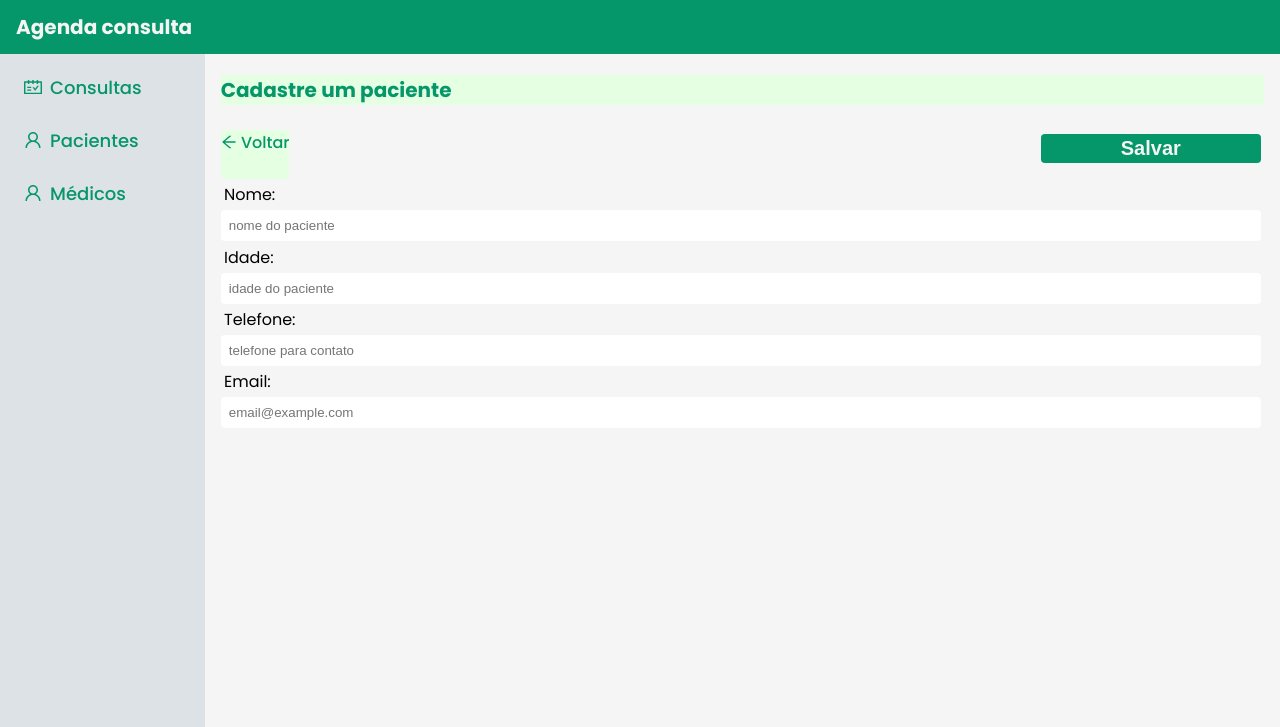
Repository: BarbaraCD/agendaconsulta
Page: /patients/new
The author's editor kept a copy of each file at every save. The page is drawn from the files as they stood at one save, then again after the next save.
The browser window is 1280 px wide. The pictures show the whole page.
The project was rebuilt for these pictures with package versions that can differ from the ones it lists, and the page was loaded fresh each time. Also part of the build but not shown: vite.config.ts, src/services/doctor.services.ts, src/components/Calendar.tsx, src/styles/CreateContainer.ts, src/components/DoctorTable.tsx, src/components/PatientTable.tsx, src/components/InputDoctors.tsx, src/components/Appointments.tsx.

Above is the page before, as saved 2023-08-29 16:02:27.

### index.html
<!DOCTYPE html>
<html lang="en">
  <head>
    <meta charset="UTF-8" />
    <link rel="icon" type="image/svg+xml" href="/vite.svg" />
    <meta name="viewport" content="width=device-width, initial-scale=1.0" />

    <link rel="preconnect" href="https://fonts.googleapis.com">
    <link rel="preconnect" href="https://fonts.gstatic.com" crossorigin>
    <link href="https://fonts.googleapis.com/css2?family=Poppins:wght@400;500;700&display=swap" rel="stylesheet">

    <title>Agendamento de Consulta</title>
  </head>
  <body>
    <div id="root"></div>
    <script type="module" src="/src/main.tsx"></script>
  </body>
</html>

### src/main.tsx
/* eslint-disable @typescript-eslint/no-non-null-assertion */
import React from 'react'
import ReactDOM from 'react-dom/client'
import { ThemeProvider } from 'styled-components'
import GlobalStyle, { Container, Content } from './styles/global'
import { theme } from './styles/Theme.ts'
import App from './App.tsx'
import { Routes } from './routes/index.tsx'
import { Header } from './components/Header.tsx'
import { BrowserRouter } from 'react-router-dom'

ReactDOM.createRoot(document.getElementById('root')!).render(
  <React.StrictMode>
    <ThemeProvider theme={theme}>
      <GlobalStyle />
      <BrowserRouter>
        <Header />
        <Container>
          <App />
          <Content>
            <Routes />
          </Content>
        </Container>
      </BrowserRouter>
    </ThemeProvider>
  </React.StrictMode>,
)

### src/styles/global.ts
import styled, { createGlobalStyle } from 'styled-components'

export default createGlobalStyle`
  *{
    margin: 0;
    padding: 0;
    box-sizing: border-box;

  }
  body{
    height: 100%;
    width: 100%;
    font-family: 'Poppins', sans-serif;
    background: ${(props) => props.theme.colors.white};
    font-size: ${(props) => props.theme.size.xl};
  }
`

export const Container = styled.div`
  display: flex;
`

export const SidebarGlobal = styled.div`
  width: 16%;
`

export const Content = styled.div`
  flex: 1;
  margin: 0 1rem;
`

### src/styles/Theme.ts
export const theme = {
  colors: {
    primary: '#059669',
    head: '#059669B3',
    100: '#E4FFE1',

    sbcolor: '#DCE2E6',
    gray: '#41414D',
    black: '#000',
    white: '#f5f5f5',
  },
  size: {
    sm: '14px',
    md: '16px',
    lg: '18px',
    xl: '20px',
    xxl: '24px',
  },
}

### src/App.tsx
import { SidebarGlobal } from './styles/global'
import { Sidebar } from './components/Sidebar'

export default function App() {
  return (
    <SidebarGlobal>
      <Sidebar />
    </SidebarGlobal>
  )
}

### src/routes/index.tsx
import { AppRoutes } from './app.routes'

export function Routes() {
  return (
    <>
      <AppRoutes />
    </>
  )
}

### src/components/Header.tsx
import { Link } from 'react-router-dom'
import { styled } from 'styled-components'

const ContainerHeader = styled.div`
  padding: 12px 16px;
  width: 100%;
  min-width: 200px;
  font-weight: 700;
  overflow: visible;
  background-color: ${(props) => props.theme.colors.primary};
`

const StyleLink = styled(Link)`
  text-decoration: none;
  word-break: normal;
  display: block;
  align-items: center;
  justify-content: center;
  color: ${(props) => props.theme.colors.white};
`

export function Header() {
  return (
    <ContainerHeader>
      <StyleLink to="/">Agenda consulta</StyleLink>
    </ContainerHeader>
  )
}

### src/components/Sidebar.tsx
import { ScheduleOutlined, UserOutlined } from '@ant-design/icons'
import { StyledSidebar, StyledList } from '../styles/SidebarStyled'
import { Link } from 'react-router-dom'

export function Sidebar() {
  return (
    <StyledSidebar>
      <StyledList>
        <li>
          <ScheduleOutlined style={{ color: '#059669' }} />
          <Link to="/appointments/calendar">Consultas</Link>
        </li>
        <li>
          <UserOutlined style={{ color: '#059669' }} />
          <Link to="/patients/list">Pacientes</Link>
        </li>
        <li>
          <UserOutlined style={{ color: '#059669' }} />
          <Link to="/doctors/list">Médicos</Link>
        </li>
      </StyledList>
    </StyledSidebar>
  )
}

### src/routes/app.routes.tsx
import { Routes, Route } from 'react-router-dom'

import { App } from 'antd'
import { AppointmentsCalendar } from '../components/Calendar'
import { InputPatients } from '../components/InputPatient'
import { DoctorTable } from '../components/DoctorTable'
import { PatientTable } from '../components/PatientTable'
import { InputDoctors } from '../components/InputDoctors'
import { CreateAppointments } from '../components/Appointments'

export function AppRoutes() {
  return (
    <Routes>
      <Route path="/" element={<App />} />

      <Route path="/patients/new" element={<InputPatients />} />
      <Route path="/patients/:id/edit" element={<InputPatients />} />
      <Route path="/patients/list" element={<PatientTable />} />

      <Route path="/doctors/new" element={<InputDoctors />} />
      <Route path="/doctors/:id/edit" element={<InputDoctors />} />
      <Route path="/doctors/list" element={<DoctorTable />} />

      <Route path="/appointments/new" element={<CreateAppointments />} />
      <Route path="/appointments/:id/edit" element={<CreateAppointments />} />
      <Route path="/appointments/calendar" element={<AppointmentsCalendar />} />
    </Routes>
  )
}

### src/styles/SidebarStyled.ts
import styled from 'styled-components'

export const StyledSidebar = styled.div`
  display: flex;
  flex-direction: column;
  background-color: ${(props) => props.theme.colors.sbcolor};
  color: ${(props) => props.theme.colors.black};
  font-size: ${(props) => props.theme.size.lg};
  font-weight: 500;
  justify-content: flex-start;
  align-items: flex-start;
  overflow: auto;
  height: 93.5vh;
  min-height: 100%;
`

export const StyledList = styled.ul`
  list-style: none;
  padding: 0.5rem;

  li {
    cursor: pointer;
    padding: 1rem;
    line-height: 1.3rem;
  }

  a {
    text-decoration: none;
    color: ${(props) => props.theme.colors.primary};
    margin: 0.5rem;
    word-break: break-all;
  }
`

### src/components/InputPatient.tsx
/* eslint-disable react-hooks/exhaustive-deps */
import { z } from 'zod'
import { useForm } from 'react-hook-form'
import { zodResolver } from '@hookform/resolvers/zod'

import { useEffect, useState } from 'react'
import {
  FlexDiv,
  InputContainer,
  MessageError,
  MessageSaved,
  StyledInput,
  StyledValidation,
  SubmitButton,
} from '../styles/InputContainer'
import {
  createPatient,
  updatePatient,
  getPatientById,
} from '../services/patient.services'
import { StyledLink } from '../styles/Appointments'
import { useParams, useNavigate } from 'react-router-dom'
import { ArrowLeftOutlined } from '@ant-design/icons'

const patientSchema = z.object({
  name: z
    .string()
    .nonempty('O nome é obrigatório')
    .transform((name) => {
      return name
        .trim()
        .split(' ')
        .map((word) => {
          return word[0].toLocaleUpperCase().concat(word.substring(1))
        })
        .join(' ')
    }),
  age: z.coerce.number().min(12, 'Idade obrigatória').max(120),
  telephone: z
    .string()
    .min(11, 'Telefone é obrigatório')
    .max(11, 'Telefone deve conter 11 digitos'),
  email: z
    .string()
    .nonempty('O email é obrigatório')
    .email('Formato de email inválido')
    .toLowerCase(),
})

export type PatientSchemaType = z.infer<typeof patientSchema>

export function InputPatients() {
  const {
    reset,
    register,
    handleSubmit,
    formState: { errors, isSubmitting },
  } = useForm<PatientSchemaType>({
    resolver: zodResolver(patientSchema),
    defaultValues: {
      name: '',
      age: null || undefined,
      telephone: null || undefined,
      email: '',
    },
  })

  const navigate = useNavigate()
  const { id } = useParams()
  const [successMessage, setSuccessMessage] = useState<string | null>(null)
  const [errorMessage, setErrorMessage] = useState<string | null>(null)

  useEffect(() => {
    fetchPatients()
  }, [])

  async function fetchPatients() {
    if (!id) return
    try {
      const response = await getPatientById(Number(id))
      reset(response as unknown as PatientSchemaType)
    } catch (error) {
      console.error('Error fetching Patients:', error)
    }
  }

  async function createNewPatient(data: PatientSchemaType) {
    try {
      if (id) {
        await updatePatient(Number(id), data)
        navigate(-1)
      } else {
        await createPatient(data)
      }
      setSuccessMessage('Paciente salvo com sucesso!')
      setTimeout(() => {
        setSuccessMessage(null)
      }, 2000)
      reset()
    } catch (error) {
      setErrorMessage('Erro ao cadastrar/atualizar paciente.')
    }
  }

  return (
    <InputContainer>
      {successMessage && <MessageSaved>{successMessage}</MessageSaved>}
      {errorMessage && <MessageError>{errorMessage}</MessageError>}
      <h3>Cadastre um paciente</h3>
      <FlexDiv>
        <StyledLink to="/patients/list">
          <ArrowLeftOutlined /> Voltar
        </StyledLink>
        <SubmitButton type="submit" disabled={isSubmitting}>
          <p>Salvar</p>
        </SubmitButton>
      </FlexDiv>

      <form onSubmit={handleSubmit(createNewPatient)}>
        <div>
          <label htmlFor="name">Nome:</label>
          <StyledInput
            {...register('name')}
            type="text"
            name="name"
            id="name"
            placeholder="nome do paciente"
            autoComplete="off"
          />
          {errors.name && (
            <StyledValidation>{errors.name.message}</StyledValidation>
          )}
        </div>

        <div>
          <label htmlFor="age">Idade:</label>
          <StyledInput
            {...register('age')}
            type="number"
            name="age"
            id="age"
            maxLength={3}
            placeholder="idade do paciente"
            autoComplete="off"
          />
          {errors.age && (
            <StyledValidation>{errors.age.message}</StyledValidation>
          )}
        </div>

        <div>
          <label htmlFor="telephone">Telefone:</label>
          <StyledInput
            {...register('telephone')}
            type="number"
            name="telephone"
            id="telephone"
            placeholder="telefone para contato"
            autoComplete="off"
          />
          {errors.telephone && (
            <StyledValidation>{errors.telephone.message}</StyledValidation>
          )}
        </div>

        <div>
          <label htmlFor="email">Email:</label>
          <StyledInput
            {...register('email')}
            type="text"
            id="email"
            name="email"
            placeholder="email@example.com"
            autoComplete="off"
          />
          {errors.email && (
            <StyledValidation>{errors.email.message}</StyledValidation>
          )}
        </div>
      </form>
    </InputContainer>
  )
}

### src/styles/InputContainer.ts
import styled from 'styled-components'
import { Select } from 'antd'

export const InputContainer = styled.main`
  color: ${(props) => props.theme.colors.black};
  font-size: ${(props) => props.theme.size.md};
  padding: 0.5rem 0;

  div {
    margin: 0.2rem 0.2rem 0.2rem 0;
  }

  h3 {
    background-color: ${(props) => props.theme.colors[100]};
    color: ${(props) => props.theme.colors.primary};
    font-size: ${(props) => props.theme.size.xl};
    margin: 0.8rem 0;
  }

  label {
    display: flex;
    margin: 0.2rem;
  }

  p {
    font-size: ${(props) => props.theme.size.lg};
    font-weight: 400;
  }
`

export const StyledValidation = styled.span`
  size: ${(props) => props.theme.size.md};
  color: red;
`

export const ApFooter = styled.div`
  display: flex;
  align-items: center;
  justify-content: space-between;
  margin-bottom: 0.5rem;
`

export const StyledSelect = styled(Select)`
  width: 100%;
  border: none;
`

export const SubmitButton = styled.button`
  padding: 0.2rem 5rem;
  border: none;
  border-radius: 4px;
  overflow: hidden;
  cursor: pointer;
  margin: 1rem 0;
  background-color: ${(props) => props.theme.colors.primary};
  color: ${(props) => props.theme.colors.white};

  p {
    font-size: ${(props) => props.theme.size.xl};
    font-weight: 600;
    overflow: hidden;
  }

  &:hover {
    background-color: ${(props) => props.theme.colors.head};
  }
`

export const MessageSaved = styled.p`
  justify-content: center;
  text-align: center;
  width: 30%;
  border-radius: 4px;
  margin: 0 35%;
  background-color: ${(props) => props.theme.colors[100]};
  color: ${(props) => props.theme.colors.primary};
  size: ${(props) => props.theme.size.lg};
`

export const MessageError = styled.p`
  background-color: lightpink;
  color: red;
  justify-content: center;
  text-align: center;
  width: 30%;
  border-radius: 4px;
  margin: 0 35%;
`

export const StyledInput = styled.input`
  width: 100%;
  padding: 0.5rem;
  border: none;
  border-radius: 4px;
  overflow: hidden;
`

export const PatSpan = styled.span`
  text-decoration: none;
  color: ${(props) => props.theme.colors.primary};
  background-color: ${(props) => props.theme.colors[100]};
  font-weight: 500;
  border-radius: 4px;
  margin-top: 1rem;
`
export const FlexDiv = styled.div`
  display: flex;
  justify-content: space-between;
`

### src/styles/Appointments.ts
import { Modal } from 'antd'
import DatePicker from 'react-datepicker'
import { Link } from 'react-router-dom'
import { styled } from 'styled-components'

export const StyledAppointments = styled.div`
  color: ${(props) => props.theme.colors.black};
  font-size: ${(props) => props.theme.size.md};
  padding: 1.6rem 0;
`

export const StyledLink = styled(Link)`
  text-decoration: none;
  color: ${(props) => props.theme.colors.primary};
  background-color: ${(props) => props.theme.colors[100]};
  font-weight: 500;
  border-radius: 4px;
  margin-top: 0.8rem;

  &:hover {
    color: ${(props) => props.theme.colors.gray};
    background-color: ${(props) => props.theme.colors.sbcolor};
  }
`

export const CalendarStyled = styled.div`
  display: block;
`

export const StyledModal = styled(Modal)`
  color: ${(props) => props.theme.colors.primary};

  h3 {
    background-color: ${(props) => props.theme.colors[100]};
    color: ${(props) => props.theme.colors.primary};
    font-size: ${(props) => props.theme.size.xl};
    padding: 0.8rem;
    text-align: center;
    margin-bottom: 0.5rem;
  }

  p {
    margin-left: 0.5rem;
    font-size: ${(props) => props.theme.size.lg};
  }

  button {
    margin: 0.5rem;
    padding: 0.2rem;
    cursor: pointer;
    border: none;
    font-weight: 500;
    color: ${(props) => props.theme.colors.primary};
    background-color: ${(props) => props.theme.colors[100]};
    font-size: ${(props) => props.theme.size.lg};
  }
`

export const StyledQuestion = styled.div`
  p {
    color: ${(props) => props.theme.colors.black};
  }

  .button-sim {
    justify-content: space-between;
    color: ${(props) => props.theme.colors.sbcolor};
    background-color: lightcoral;
  }

  .button-nao {
    justify-content: space-between;
    color: ${(props) => props.theme.colors.primary};
    background-color: ${(props) => props.theme.colors.sbcolor};
  }
`

export const StyledDatepicker = styled(DatePicker)`
  width: 100%;
  border: 1px solid lightgray;
  border-radius: 4px;
  padding: 0.4rem;
  text-decoration: 1px solid ${(props) => props.theme.colors.head};
`

### src/services/patient.services.ts
import { PatientSchemaType } from '../components/InputPatient'
import { PatientsProps } from '../components/PatientTable'
import { api } from './ApiConfig'

export async function getPatient(): Promise<PatientsProps[]> {
  try {
    const response = await api.get('/patient')
    return response.data
  } catch (error) {
    throw new Error('Erro ao obter dados dos pacientes:')
  }
}

export async function getPatientById(id: number): Promise<PatientsProps> {
  try {
    const response = await api.get(`/patient/${id}`)
    return response.data
  } catch (error) {
    throw new Error('Erro ao obter dados dos pacientes:')
  }
}

export async function createPatient(data: PatientSchemaType) {
  return api.post('/patient', data)
}

export async function updatePatient(id: number, data: PatientSchemaType) {
  try {
    const response = await api.put(`/patient/${id}`, data)
    return response.data
  } catch (error) {
    throw new Error('Erro ao obter dados dos pacientes:')
  }
}

export async function deletePatient(id: number) {
  return await api.delete(`/patient/${id}`)
}

### src/services/appointment.services.ts
import {
  AppointmentSchemaType,
  AppointmentsProps,
} from '../components/Appointments'
import { api } from './ApiConfig'

export async function getAppointment(): Promise<AppointmentsProps[]> {
  try {
    const response = await api.get('/appointment')
    return response.data
  } catch (error) {
    throw new Error('Erro ao obter dados dos agendamentos:')
  }
}

export async function getAppointmentById(
  id: number,
): Promise<AppointmentsProps> {
  try {
    const response = await api.get(`/appointment/${id}`)
    return response.data
  } catch (error) {
    throw new Error('Erro ao obter dados dos agendamentos:')
  }
}

export async function createAppointment(newAppointment: AppointmentSchemaType) {
  return api.post('/appointment', newAppointment)
}

export async function updateAppointment(
  id: number,
  data: AppointmentSchemaType,
) {
  try {
    const response = await api.put(`/appointment/${id}`, data)
    return response.data
  } catch (error) {
    throw new Error('Erro ao obter dados da consulta:')
  }
}

export async function deleteAppointment(id: number) {
  return await api.delete(`/appointment/${id}`)
}

Loaded but not shown: src/services/ApiConfig.ts (common file)

After the next save:
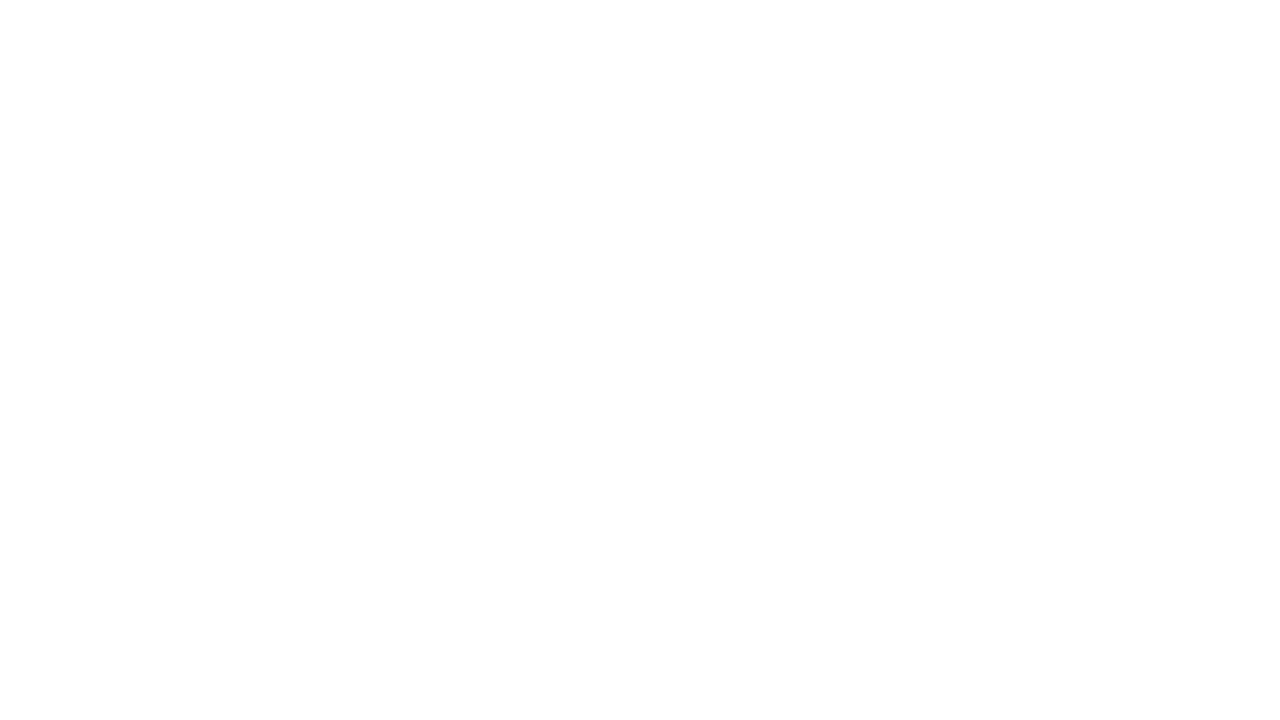
Console error: ReferenceError: Link is not defined
Saved 4 min 2 s later.
--- a/src/styles/InputContainer.ts
+++ b/src/styles/InputContainer.ts
@@ -66,6 +66,20 @@ export const SubmitButton = styled.button`
   }
 `
 
+export const StyledLink = styled(Link)`
+  text-decoration: none;
+  color: ${(props) => props.theme.colors.primary};
+  background-color: ${(props) => props.theme.colors[100]};
+  font-weight: 500;
+  border-radius: 4px;
+  margin-top: 0.8rem;
+
+  &:hover {
+    color: ${(props) => props.theme.colors.gray};
+    background-color: ${(props) => props.theme.colors.sbcolor};
+  }
+`
+
 export const MessageSaved = styled.p`
   justify-content: center;
   text-align: center;

After the save that followed:
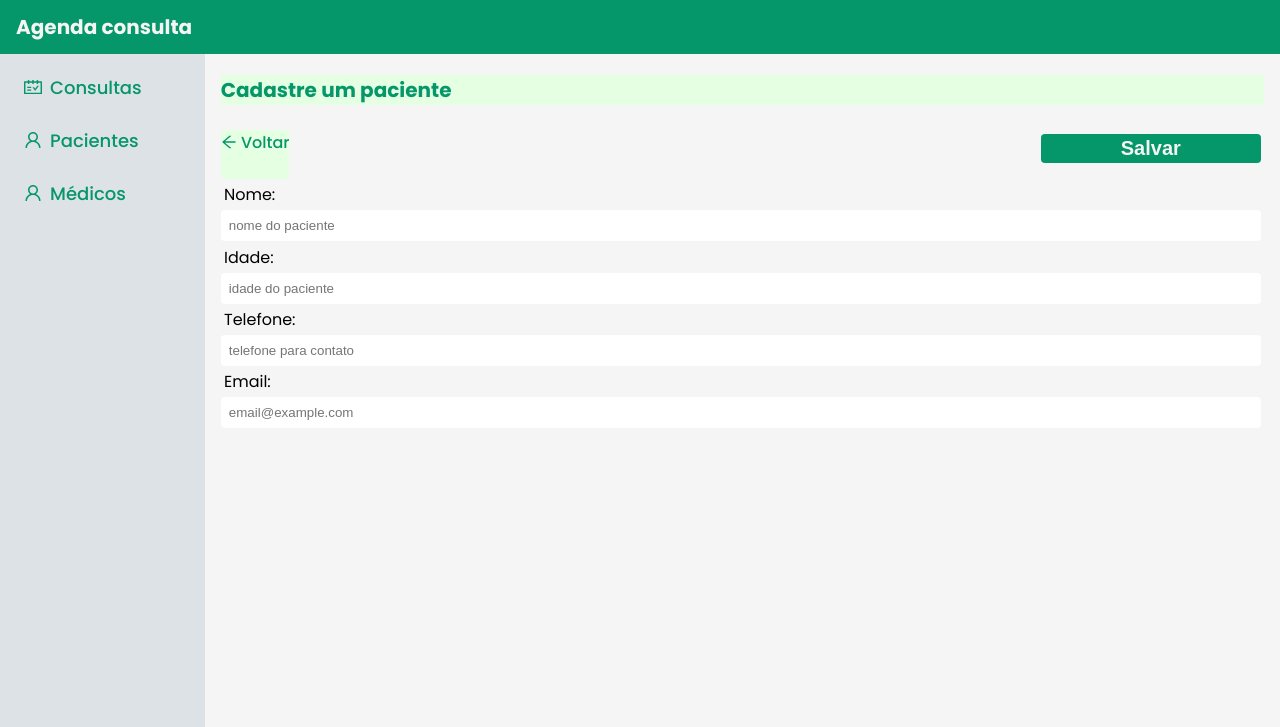
The error is gone.
Saved 6 s later.
--- a/src/styles/InputContainer.ts
+++ b/src/styles/InputContainer.ts
@@ -1,5 +1,6 @@
 import styled from 'styled-components'
 import { Select } from 'antd'
+import { Link } from 'react-router-dom'
 
 export const InputContainer = styled.main`
   color: ${(props) => props.theme.colors.black};
